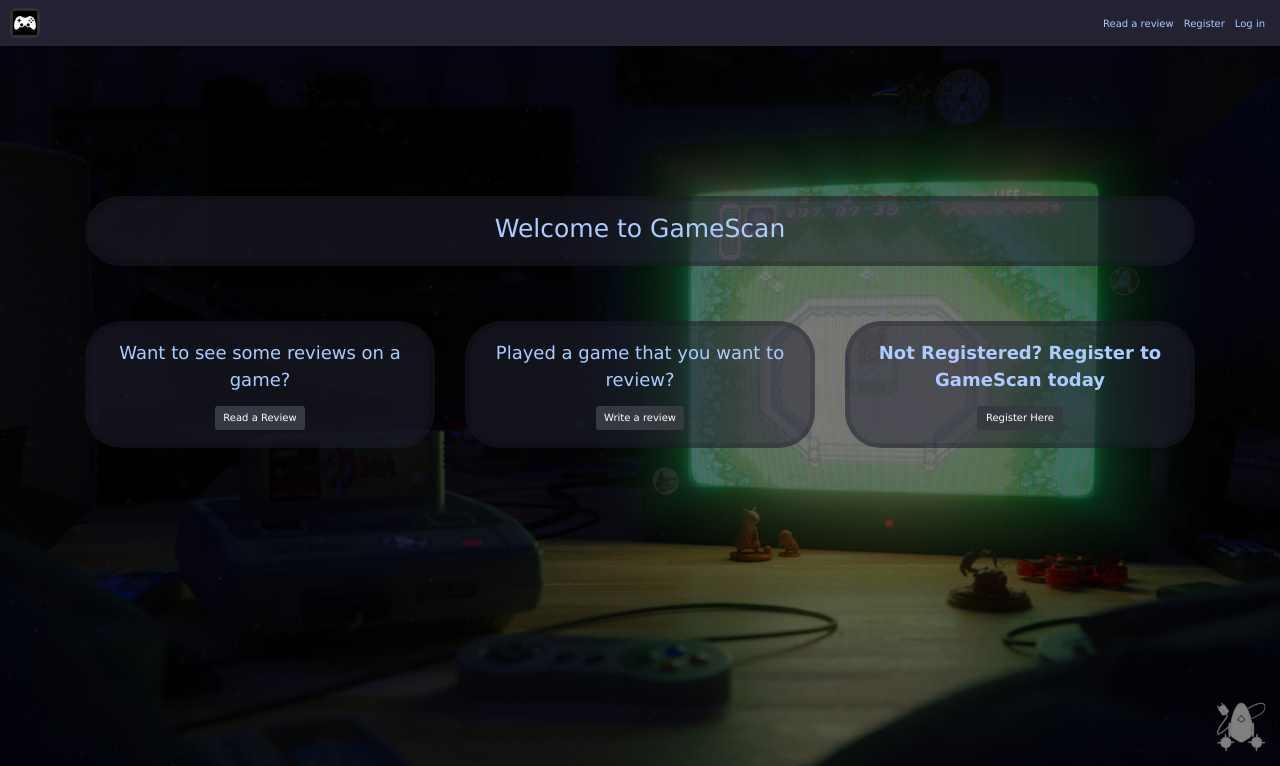
Repository: amit238/milestone-project-3
Page: http://localhost/
The author's editor kept a record of every edit. The page is drawn from the files as they stood at one moment, then again after the next edit.
The browser window is 1280 px wide. The pictures show the whole page.
Some web libraries are served in a nearby version. The page is served by the project's application, run on Flask 3 (app.py).

Above is the page before.

After the next edit:
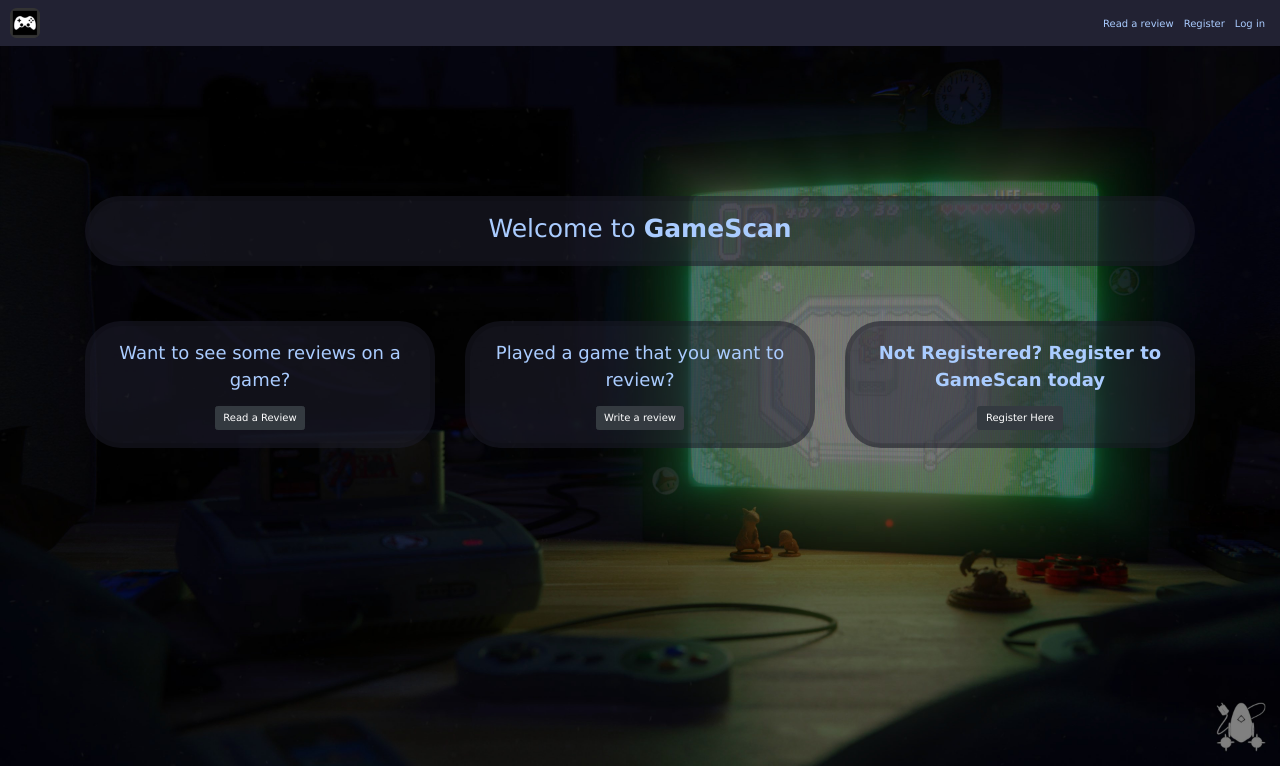
The edit:
--- a/templates/index.html
+++ b/templates/index.html
@@ -5,7 +5,7 @@
             <div class="col-12 homepage">
                 <div class="card homepage-card">
                     <div class="card-body">
-                        <h1 class="welcome">Welcome to GameScan</h1>
+                        <h1 class="welcome">Welcome to <strong>GameScan</strong></h1>
                     </div>
                 </div>
             </div>
